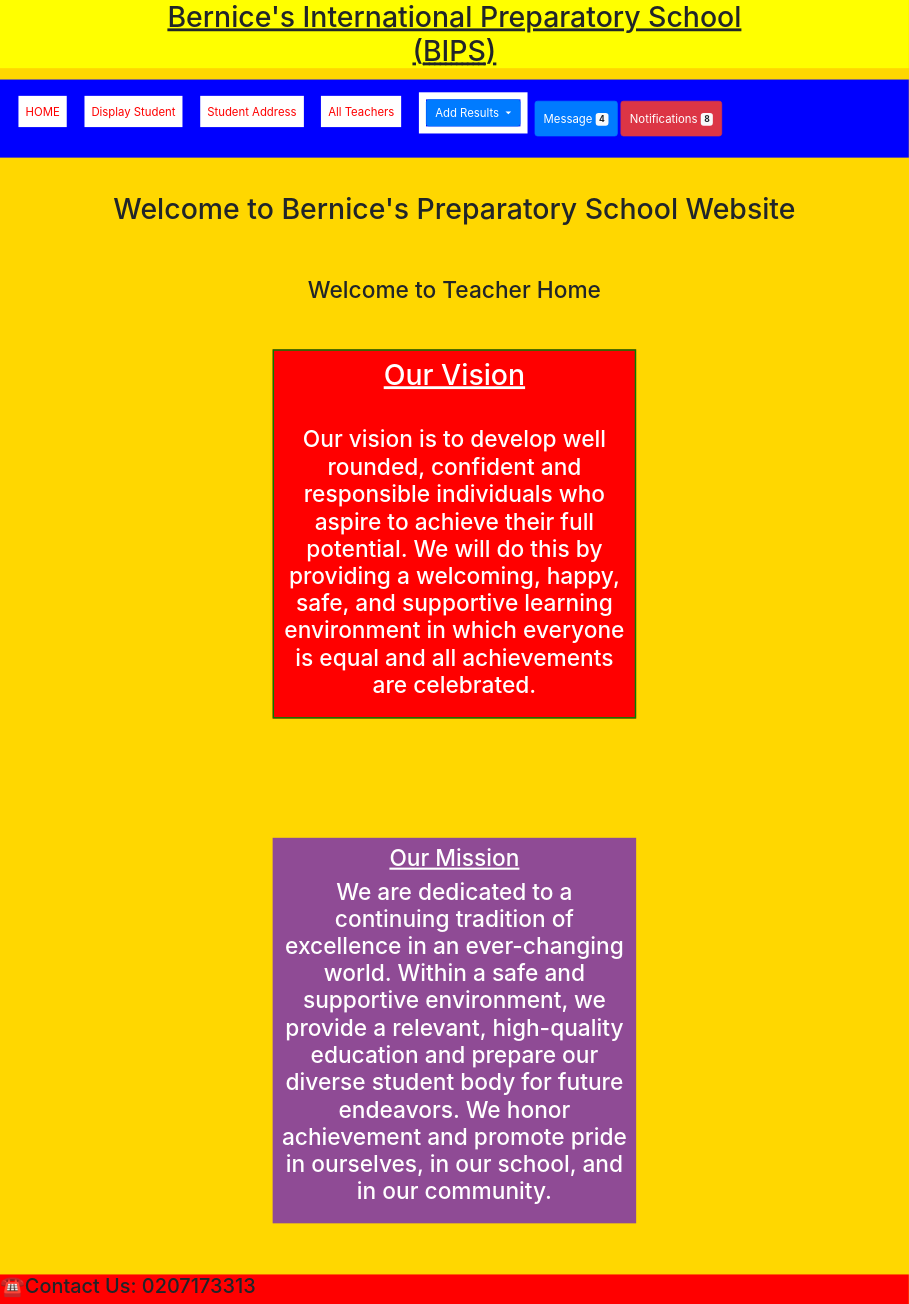
Repository: joseackah/eclipse-workspace
Page: http://localhost/com.school.mgt.system.Front.End/WEB-INF/views/teacherHome.jsp
An editor plug-in stored every save of this project. The page is shown before and after the next save, followed by the edit.
The browser window is 1280 px wide. The pictures show the whole page, at 71% of full size.
The page is served by Tomcat 9. Nobody is signed in. The template is opened directly, without the code that normally fills it, so the values that code supplies are empty.

Above is the page before, as saved 2021-08-14 19:52:46.

After the next save:
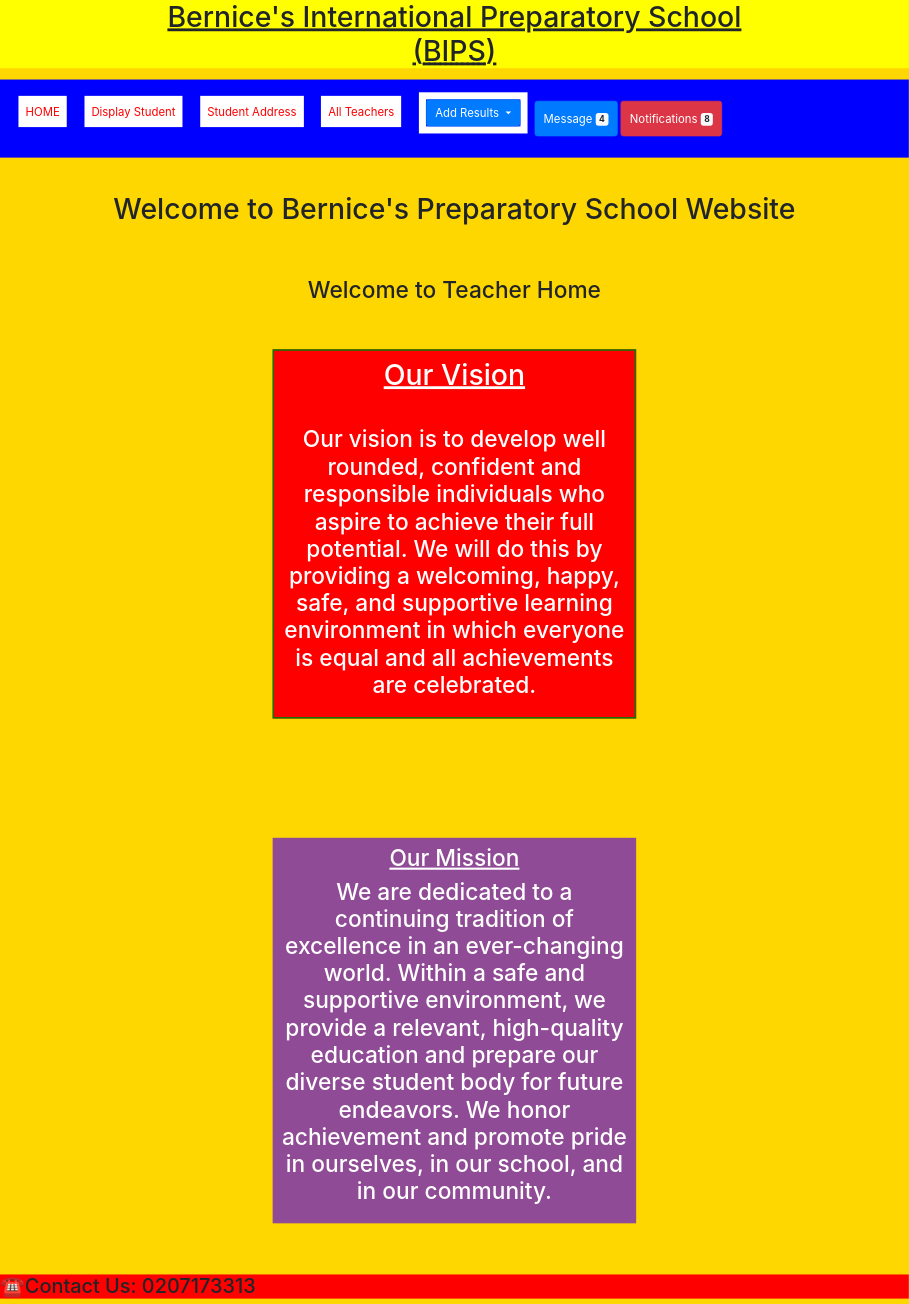
Saved 17 min 49 s later.
--- a/com.school.mgt.system.Front.End/src/main/webapp/WEB-INF/views/teacherHome.jsp
+++ b/com.school.mgt.system.Front.End/src/main/webapp/WEB-INF/views/teacherHome.jsp
@@ -123,7 +123,7 @@
 </section>
 <br /> <br/> <br/>
 <div id="mainFooter" style="background-color:red; justify-content:center;">
-<footer id="mainFooter"  style=" align-content:center;">
+<footer id="mainFooter"  style="">
 <h3 style="display:bottom; ">Contact Us: 0207173313</h3>
 
 </footer>

After the 2 saves that followed:
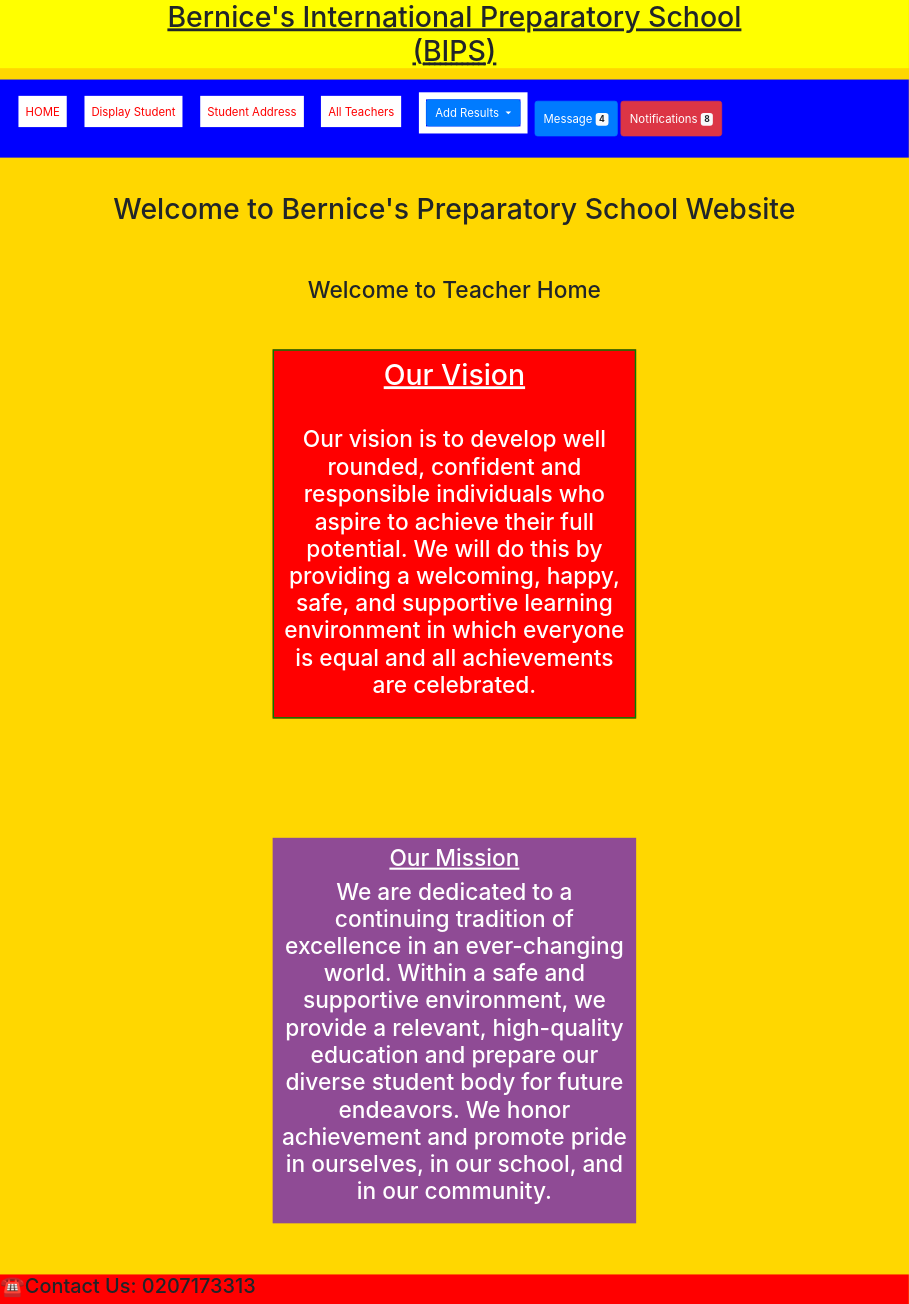
The 2 saves are shown as one change because 1 left the picture as it was.
The last was saved 110 s later.
--- a/com.school.mgt.system.Front.End/src/main/webapp/WEB-INF/views/teacherHome.jsp
+++ b/com.school.mgt.system.Front.End/src/main/webapp/WEB-INF/views/teacherHome.jsp
@@ -122,7 +122,7 @@
 </aside>
 </section>
 <br /> <br/> <br/>
-<div id="mainFooter" style="background-color:red; justify-content:center;">
+<div id="mainFooter" style="background-color:red; display:flex;">
 <footer id="mainFooter"  style="">
 <h3 style="display:bottom; ">Contact Us: 0207173313</h3>
 
